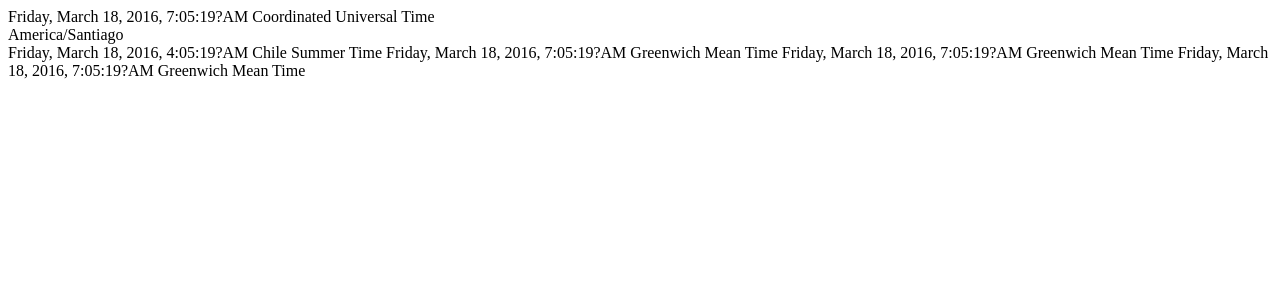
Repository: jjanggu1990/kh_java
Page: http://localhost/JSP_EX/day0331/use_timezone_tag.jsp
An editor plug-in stored every save of this project. The page is shown before and after the next save, followed by the edit.
The browser window is 1280 px wide. The pictures show the whole page.
The page is served by Tomcat 9. Other server files are loaded and not shown.

Above is the page before, as saved 2016-03-31 10:15:53.

### workspace/JSP_EX/WebContent/day0331/use_timezone_tag.jsp
<%@ page contentType = "text/html; charset=euc-kr" %>
<%@ taglib prefix="fmt" uri="http://java.sun.com/jsp/jstl/fmt" %>
<%@ taglib prefix="c" uri="http://java.sun.com/jsp/jstl/core" %>
<html>
<head><title>timeZone 태그 사용</title></head>
<body>

<c:set var="now" value="<%= new java.util.Date() %>" />

<fmt:formatDate value="${now}" type="both"
                dateStyle="full" timeStyle="full" />

<br>
<fmt:timeZone value="America/Santiago">
America/Santiago<br><fmt:formatDate value="${now}" type="both"
                dateStyle="full" timeStyle="full" />
</fmt:timeZone>
<fmt:timeZone value="">
<fmt:formatDate value="${now}" type="both"
                dateStyle="full" timeStyle="full" />
</fmt:timeZone>
<fmt:timeZone value="">
<fmt:formatDate value="${now}" type="both"
                dateStyle="full" timeStyle="full" />
</fmt:timeZone>
<fmt:timeZone value="">
<fmt:formatDate value="${now}" type="both"
                dateStyle="full" timeStyle="full" />
</fmt:timeZone>

</body>
</html>

After the next save:
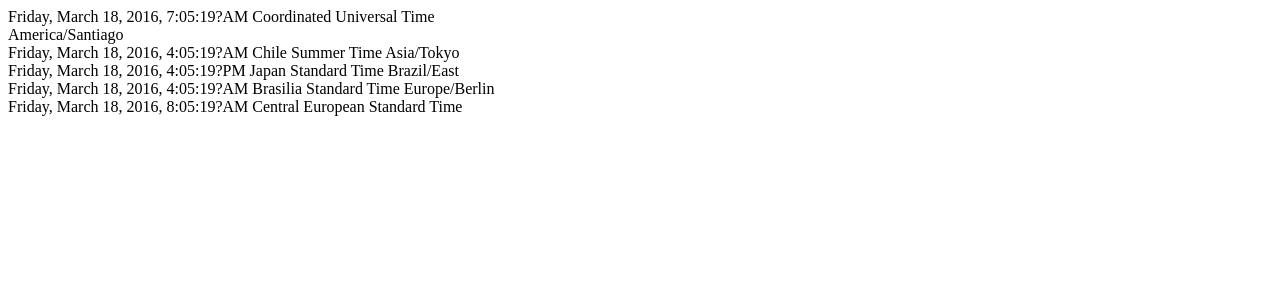
Saved 85 s later.
--- a/workspace/JSP_EX/WebContent/day0331/use_timezone_tag.jsp
+++ b/workspace/JSP_EX/WebContent/day0331/use_timezone_tag.jsp
@@ -15,16 +15,16 @@
 America/Santiago<br><fmt:formatDate value="${now}" type="both"
                 dateStyle="full" timeStyle="full" />
 </fmt:timeZone>
-<fmt:timeZone value="">
+Asia/Tokyo<br><fmt:timeZone value="Asia/Tokyo">
 <fmt:formatDate value="${now}" type="both"
                 dateStyle="full" timeStyle="full" />
 </fmt:timeZone>
-<fmt:timeZone value="">
-<fmt:formatDate value="${now}" type="both"
+<fmt:timeZone value="Brazil/East">
+Brazil/East<br><fmt:formatDate value="${now}" type="both"
                 dateStyle="full" timeStyle="full" />
 </fmt:timeZone>
-<fmt:timeZone value="">
-<fmt:formatDate value="${now}" type="both"
+<fmt:timeZone value="Europe/Berlin">
+Europe/Berlin<br><fmt:formatDate value="${now}" type="both"
                 dateStyle="full" timeStyle="full" />
 </fmt:timeZone>
 
